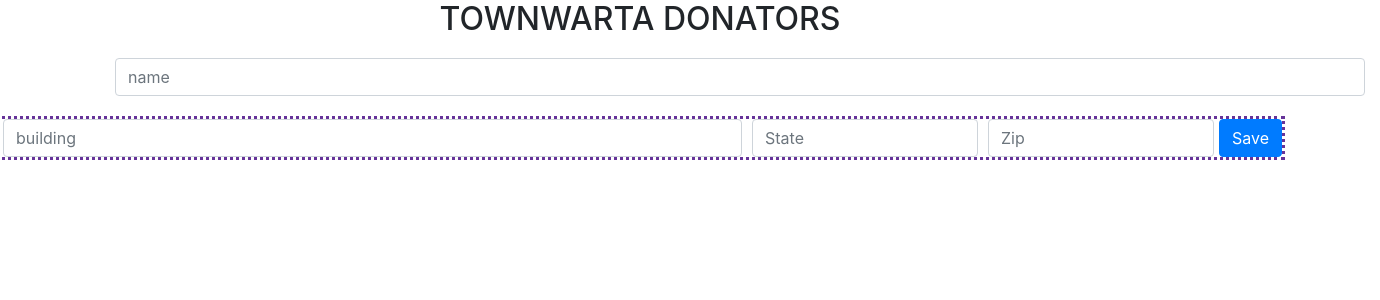
Repository: shivanand1988-28-06/townwarta
Page: http://localhost/donator/donator
An editor plug-in stored every save of this project. The page is shown before and after the next save, followed by the edit.
The browser window is 1280 px wide. The page is 1380 px wide, so the pictures cover 1380 px, including what lies to the right of the window. The pictures show the whole page.
The page is served by the project's Node server (Townwarta.js).

Above is the page before, as saved 2022-08-30 22:09:18.

After the next save:
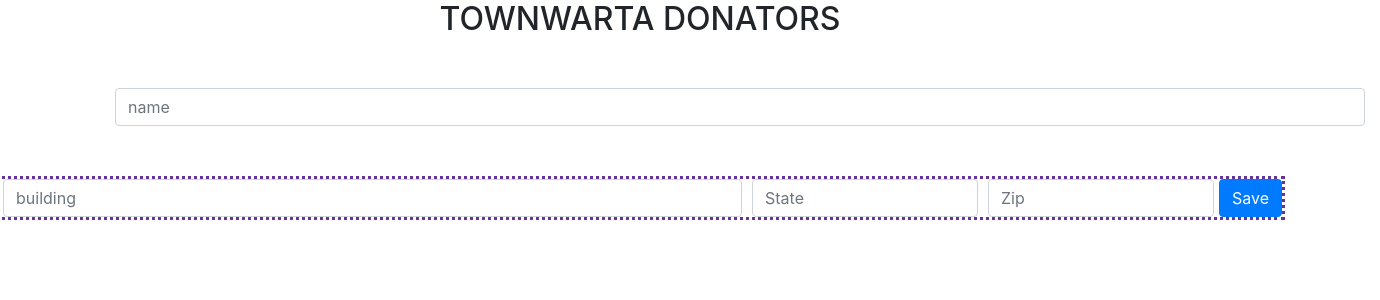
Saved 18 s later.
--- a/views/articles/donator.ejs
+++ b/views/articles/donator.ejs
@@ -11,7 +11,7 @@
 <body>
     <h2 style = "text-align : center">TOWNWARTA DONATORS</h2>
     <form >
-        <div class="col" style = "margin : 20px 100px">
+        <div class="col" style = "margin : 50px 100px">
             <input type="text" class="form-control" placeholder="name">
           </div>
         <div class="form-row" style = "border: 3px rebeccapurple dotted;">
